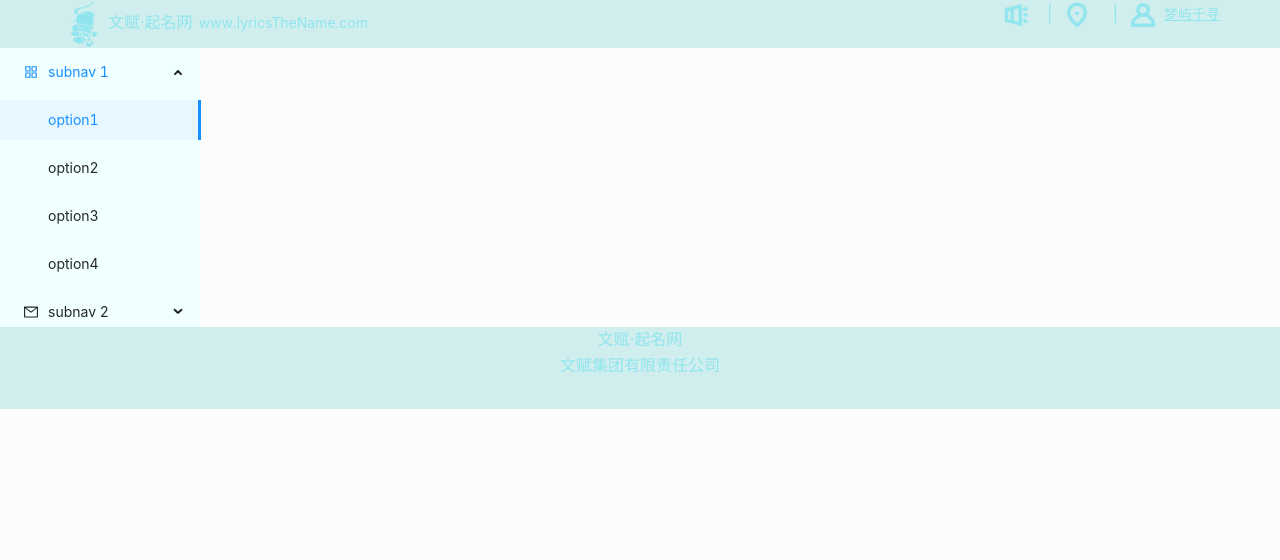
Repository: fangxueliang/react-redux-
Page: /
These files come from the project's save history. The page is drawn as it stood at one moment and after the next save; the edit follows.
The browser window is 1280 px wide. The pictures show the whole page.
The project was rebuilt for these pictures with package versions that can differ from the ones it lists, and the page was loaded fresh each time.

Above is the page before, as saved 2020-12-30 12:46:02.

After the next save:
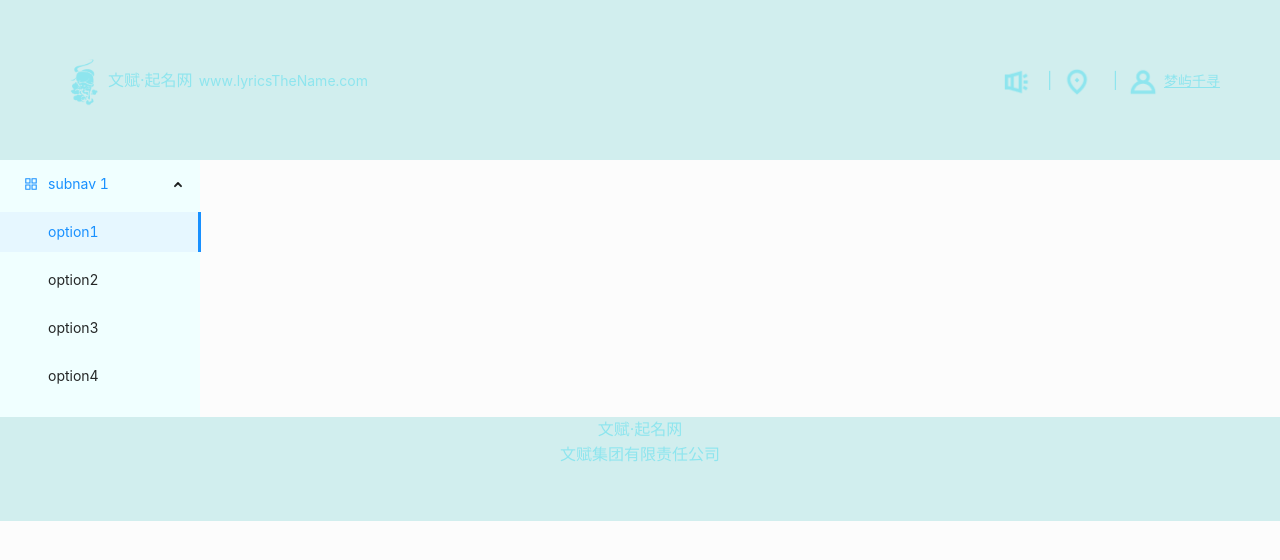
Saved 20 s later.
--- a/src/Common/CSS/layout.css
+++ b/src/Common/CSS/layout.css
@@ -6,7 +6,7 @@
 
 .Home_layout .Home_header {
     height: 10%;
-    line-height: 10%;
+    line-height: 10;
     padding: 0 60px;
     background: #D1EEEE;
 }

After the save that followed:
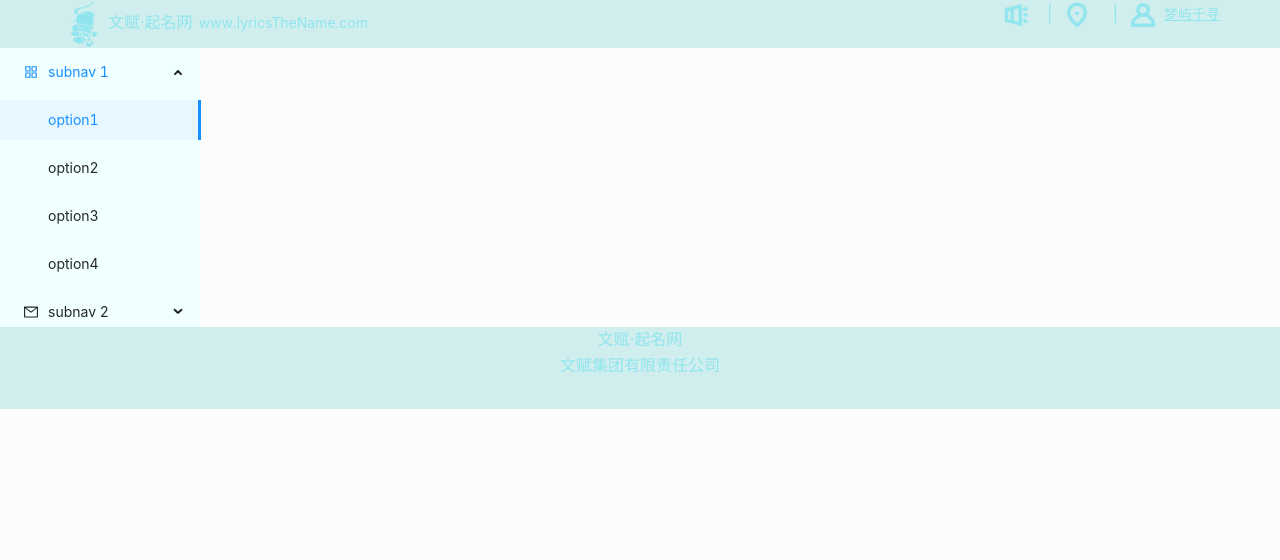
Saved 11 s later.
--- a/src/Common/CSS/layout.css
+++ b/src/Common/CSS/layout.css
@@ -6,7 +6,7 @@
 
 .Home_layout .Home_header {
     height: 10%;
-    line-height: 10;
+    line-height: 10%;
     padding: 0 60px;
     background: #D1EEEE;
 }
